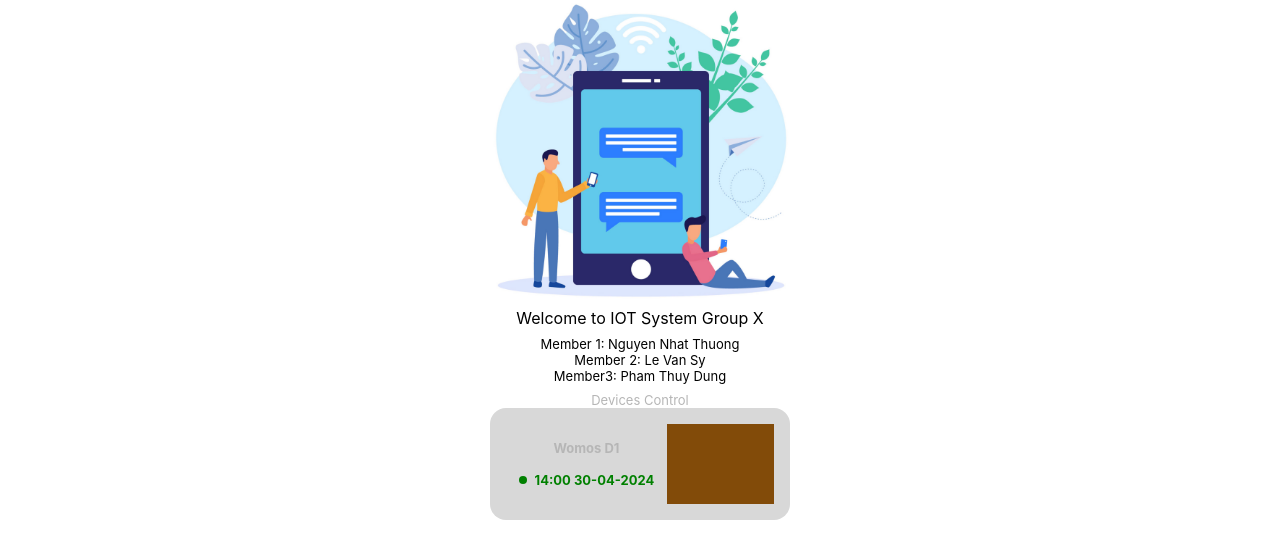
Repository: ngnhthuong/IOT_LAB
Page: /
These files come from the project's save history. The page is drawn as it stood at one moment and after the next save; the edit follows.
The browser window is 1280 px wide. The pictures show the whole page.
The project was rebuilt for these pictures with package versions that can differ from the ones it lists, and the page was loaded fresh each time.

Above is the page before, as saved 2024-04-23 15:05:06.

### src/App.js
import "./App.css";
import backgroundIMG from "./assets/img/background.png"
function App() {
  return (
    <div className="main">
      <div className="back-head">
        <img className="img-back"  src={backgroundIMG}></img>
      </div>
      <div className="welcome-name">Welcome to IOT System Group X</div>
      <div className="member-name">
        <div className="member">Member 1: Nguyen Nhat Thuong</div>
        <div className="member">Member 2: Le Van Sy</div>
        <div className="member">Member3: Pham Thuy Dung</div>
      </div>
      <div className="device">Devices Control</div>
      <div className="main_device">
        <div className="device">
          <div className="info">
            <div className="name">Womos D1</div>

            <div className="time-status">
              <div className="status"></div>
              <div className="time">14:00 30-04-2024</div>
            </div>
          </div>
          <div className="device_img"></div>
        </div>
      </div>
    </div>
  );
}

export default App;

### src/App.css
* {
  margin: 0;
  padding: 0;
  box-sizing: border-box;
}

.main{
  width: 100vw;
  height: 100vh;
  display: flex;
  align-items: center;
  flex-direction: column;
}

.welcome-name{
  display: flex;
  justify-content: center;
  padding: 0.5rem;
}

.member-name{
  display: flex;
  flex-direction: column;
  font-size: 13px;
  align-items: center;
  padding-bottom: 0.5rem;
}

.member{
  display: flex;
  left: 0;
}

.device{
  font-size: 13px;
  color: rgb(182, 182, 182);
  left: 0;
  display: flex;
  flex-direction: row;
}

.main_device{
  width: 300px;
  height: auto;
  background-color: rgb(216, 216, 216);
  border-radius: 1rem;
  padding: 1rem;
}

.info{
  display: flex;
  justify-content: center;
  flex-direction: column;
  gap: 1rem;
  width: 60%;
  height: 5rem;
  align-items: center;
}

.name{
  font-weight: bold;
}

.time-status{
  display: flex;
  align-items: center;
  flex-direction: row;
  gap: 0.5rem;
}

.time{
  color: green;
  font-weight: bold;
}

.status{
  width: 0.5rem;
  height: 0.5rem;
  background-color: green;
  border-radius:100px ;
}

.device_img{
  width: 40%;
  height: 46px;
  background-color: rgb(130, 75, 9);
  height: 5rem;
}

.back-head{
  width: 300px;
  height: 300px;
  background-color: aqua;
  overflow: hidden;
}

.img-back{
  width: 300px;
  height: 300px;
}

Loaded but not shown: public/index.html (common file); src/index.js (common file); src/index.css (common file)

After the next save:
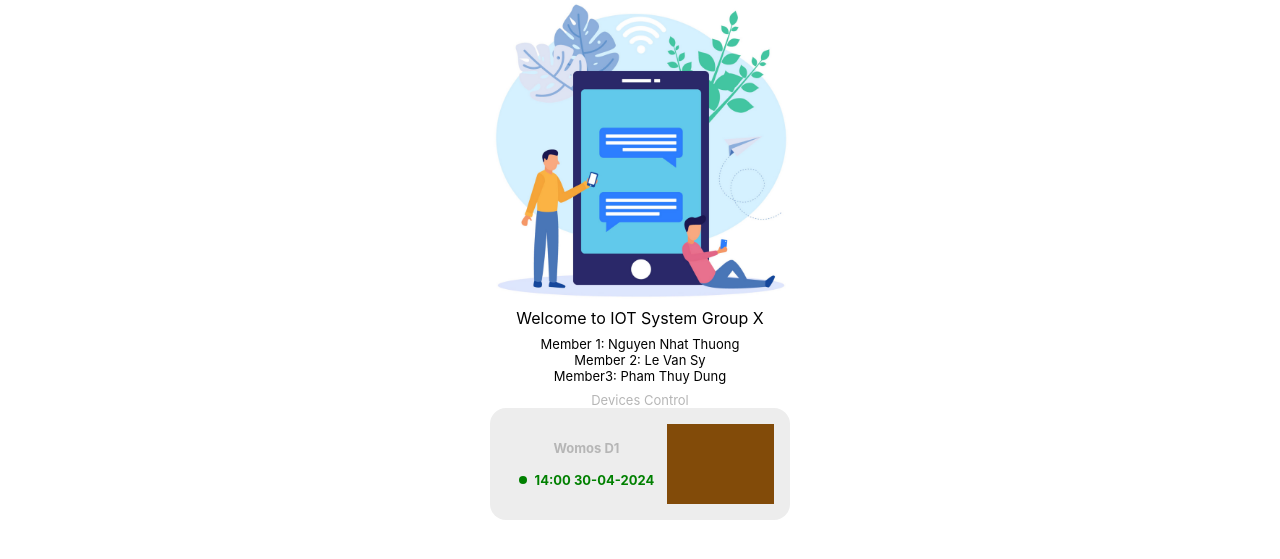
Saved 14 s later.
--- a/src/App.css
+++ b/src/App.css
@@ -42,7 +42,7 @@
 .main_device{
   width: 300px;
   height: auto;
-  background-color: rgb(216, 216, 216);
+  background-color: rgb(237, 237, 237);
   border-radius: 1rem;
   padding: 1rem;
 }
